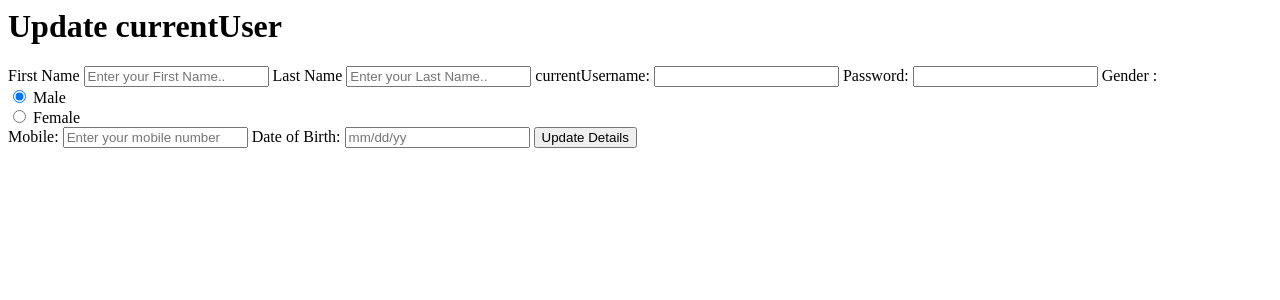
Repository: yogenderupadhyay/Project-2
Page: LetsTalkFrontend/WebContent/c_user/UpdateProfile.html
An editor plug-in stored every save of this project. The page is shown before and after the next save, followed by the edit.
The browser window is 1280 px wide. The pictures show the whole page.

Above is the page before, as saved 2018-07-26 14:27:13.

### LetsTalkFrontend/WebContent/c_user/UpdateProfile.html
<div class="container" data-data-ng-Controller="currentUserController">
	<div class="row">
		<div class="col-sm-6 col-sm-offset-3">
			<h1 class="well Text-Center">
				<font face="Monotype Corsiva">Update currentUser</font>
			</h1>
			<form>
				<div class="form group well">
					<label>First Name</label> <input type="text" name="firstname"
						data-ng-model="currentUser.firstName" placeholder="Enter your First Name.."
						class="form-control"> <label>Last Name</label> <input
						type="text" name="lastname" data-ng-model="currentUser.lastName"
						placeholder="Enter your Last Name.." class="form-control">

						<label>currentUsername:</label> <input type="text"
							data-ng-model="currentUser.emailID"
							class="form-control"
							name="uname">


						<label>Password:</label> <input type="password"
							data-ng-model="currentUser.password"
							class="form-control"  name="psw">

						<label>Gender :</label><br> <input type="radio"
							data-ng-model="currentUser.gender" name="gender" value="M" checked> Male<br>
						<input type="radio" data-ng-model="currentUser.gender" name="gender" value="F">
						Female<br>

						<label>Mobile:</label> <input type="text"
							class="form-control"  data-ng-model="currentUser.mobile"
							placeholder="Enter your mobile number" name="mobile">

						<label>Date of Birth:</label> <input type="datetime"
							class="form-control" data-ng-model="{{currentUser.d_o_b}}" placeholder="mm/dd/yy" name="dob">

					<button type="button" data-ng-click="updateUserDetails(currentUser)"
						class="btn btn-lg btn-info center">Update Details</button>
				</div>
			</form>
		</div>
	</div>
</div>

After the next save:
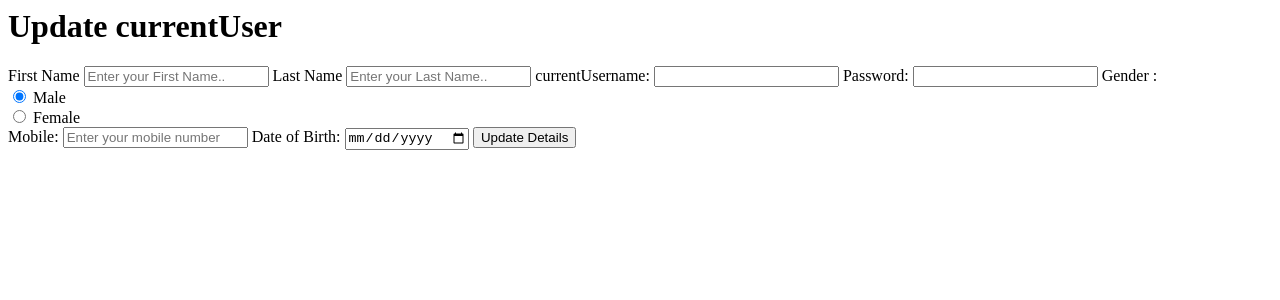
Saved 25 s later.
--- a/LetsTalkFrontend/WebContent/c_user/UpdateProfile.html
+++ b/LetsTalkFrontend/WebContent/c_user/UpdateProfile.html
@@ -31,7 +31,7 @@
 							class="form-control"  data-ng-model="currentUser.mobile"
 							placeholder="Enter your mobile number" name="mobile">
 
-						<label>Date of Birth:</label> <input type="datetime"
+						<label>Date of Birth:</label> <input type="date"
 							class="form-control" data-ng-model="{{currentUser.d_o_b}}" placeholder="mm/dd/yy" name="dob">
 
 					<button type="button" data-ng-click="updateUserDetails(currentUser)"
